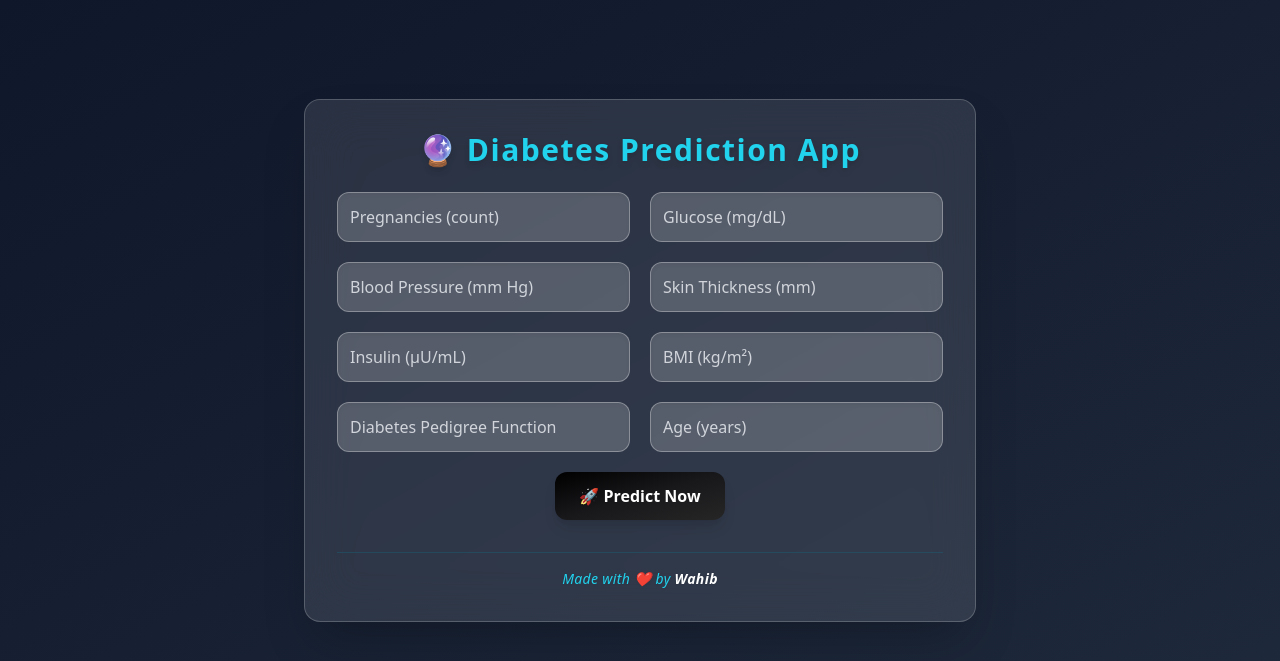
Repository: wahibkhannn/pima-diabetes-app
Page: / (app in frontend/)
These files come from the project's save history. The page is drawn as it stood at one moment and after the next save; the edit follows.
The browser window is 1280 px wide. The pictures show the whole page.
The project was rebuilt for these pictures with package versions that can differ from the ones it lists, and the page was loaded fresh each time.

Above is the page before, as saved 2025-06-30 20:43:34.

### frontend/public/index.html
<!DOCTYPE html>
<html lang="en">
  <head>
    <meta charset="utf-8" />
    <link rel="icon" href="%PUBLIC_URL%/favicon.ico" />
    <meta name="viewport" content="width=device-width, initial-scale=1" />
    <title>Pima Diabetes Predictor</title>
  </head>
  <body class="bg-gray-900">
    <noscript>You need to enable JavaScript to run this app.</noscript>
    <div id="root"></div>
  </body>
</html>

### frontend/src/index.css
@tailwind base;
@tailwind components;
@tailwind utilities;

body {
  font-family: 'Segoe UI', sans-serif;
}

### frontend/src/App.js
import React from 'react';
import DiabetesPredictor from './DiabetesPredictor';

function App() {
  return <DiabetesPredictor />;
}

export default App;

### frontend/src/DiabetesPredictor.js
import React, { useState } from 'react';
import axios from 'axios';

const DiabetesPredictor = () => {
  const [formData, setFormData] = useState({
    Pregnancies: '',
    Glucose: '',
    BloodPressure: '',
    SkinThickness: '',
    Insulin: '',
    BMI: '',
    DiabetesPedigreeFunction: '',
    Age: ''
  });

  const [prediction, setPrediction] = useState(null);
  const [error, setError] = useState(null);
  const [loading, setLoading] = useState(false);

  const handleChange = (e) => {
    setFormData({ ...formData, [e.target.name]: e.target.value });
  };

  const handleSubmit = async (e) => {
    e.preventDefault();
    setLoading(true);
    setPrediction(null);
    setError(null);

    try {
      const cleanedData = Object.fromEntries(
        Object.entries(formData).map(([key, val]) => [key, parseFloat(val)])
      );
      const response = await axios.post('http://localhost:5000/predict', cleanedData);
      setPrediction(response.data.prediction);
    } catch (err) {
      setError(err.response?.data?.error || 'Prediction failed.');
      console.error(err);
    } finally {
      setLoading(false);
    }
  };

  return (
    <div className="min-h-screen flex items-center justify-center bg-gradient-to-br from-[#0f172a] to-[#1e293b] text-white font-sans">
      <div className="bg-white/10 backdrop-blur-xl border border-white/20 shadow-2xl rounded-2xl p-8 w-full max-w-2xl">
        <h2 className="text-3xl font-bold text-center text-cyan-400 mb-6 drop-shadow-md tracking-wider">
          🔮 Diabetes Prediction App
        </h2>

        <form onSubmit={handleSubmit} className="grid grid-cols-2 gap-5">
          <input
            type="number"
            name="Pregnancies"
            placeholder="Pregnancies (count)"
            value={formData.Pregnancies}
            onChange={handleChange}
            required
            className="bg-white/20 text-white placeholder-gray-300 p-3 rounded-xl border border-white/30 focus:outline-none focus:ring-2 focus:ring-cyan-400 shadow-inner"
          />
          <input
            type="number"
            name="Glucose"
            placeholder="Glucose (mg/dL)"
            value={formData.Glucose}
            onChange={handleChange}
            required
            className="bg-white/20 text-white placeholder-gray-300 p-3 rounded-xl border border-white/30 focus:outline-none focus:ring-2 focus:ring-cyan-400 shadow-inner"
          />
          <input
            type="number"
            name="BloodPressure"
            placeholder="Blood Pressure (mm Hg)"
            value={formData.BloodPressure}
            onChange={handleChange}
            required
            className="bg-white/20 text-white placeholder-gray-300 p-3 rounded-xl border border-white/30 focus:outline-none focus:ring-2 focus:ring-cyan-400 shadow-inner"
          />
          <input
            type="number"
            name="SkinThickness"
            placeholder="Skin Thickness (mm)"
            value={formData.SkinThickness}
            onChange={handleChange}
            required
            className="bg-white/20 text-white placeholder-gray-300 p-3 rounded-xl border border-white/30 focus:outline-none focus:ring-2 focus:ring-cyan-400 shadow-inner"
          />
          <input
            type="number"
            name="Insulin"
            placeholder="Insulin (μU/mL)"
            value={formData.Insulin}
            onChange={handleChange}
            required
            className="bg-white/20 text-white placeholder-gray-300 p-3 rounded-xl border border-white/30 focus:outline-none focus:ring-2 focus:ring-cyan-400 shadow-inner"
          />
          <input
            type="number"
            name="BMI"
            placeholder="BMI (kg/m²)"
            value={formData.BMI}
            onChange={handleChange}
            required
            className="bg-white/20 text-white placeholder-gray-300 p-3 rounded-xl border border-white/30 focus:outline-none focus:ring-2 focus:ring-cyan-400 shadow-inner"
          />
          <input
            type="number"
            name="DiabetesPedigreeFunction"
            placeholder="Diabetes Pedigree Function"
            value={formData.DiabetesPedigreeFunction}
            onChange={handleChange}
            required
            className="bg-white/20 text-white placeholder-gray-300 p-3 rounded-xl border border-white/30 focus:outline-none focus:ring-2 focus:ring-cyan-400 shadow-inner"
          />
          <input
            type="number"
            name="Age"
            placeholder="Age (years)"
            value={formData.Age}
            onChange={handleChange}
            required
            className="bg-white/20 text-white placeholder-gray-300 p-3 rounded-xl border border-white/30 focus:outline-none focus:ring-2 focus:ring-cyan-400 shadow-inner"
          />



          <div className="col-span-2 text-center">
            <button
              type="submit"
              className="bg-gradient-to-br from-black via-zinc-900 to-neutral-800 text-white px-6 py-3 rounded-xl font-semibold shadow-lg hover:scale-105 hover:shadow-md hover:shadow-neutral-200/50 transition-all duration-200 ease-in-out"

              disabled={loading}
            >
              {loading ? 'Predicting...' : '🚀 Predict Now'}
            </button>
          </div>
        </form>

        {prediction !== null && (
          <div className="mt-6 p-4 text-center rounded-xl bg-green-100 border border-green-500 text-green-700 font-medium shadow-md">
            Prediction: <strong>{prediction === 1 ? '🩺 Diabetic' : '✅ Not Diabetic'}</strong>
          </div>
        )}

        {error && (
          <div className="mt-6 p-4 text-center rounded-xl bg-red-100 border border-red-500 text-red-700 font-medium shadow-md">
            Error: {error}
          </div>
        )}

        <div className="mt-8 border-t border-cyan-700/30 pt-4 text-center">
        <p className="text-sm text-cyan-400 tracking-wide italic drop-shadow-sm">
          Made with ❤️ by <span className="font-semibold text-white">Wahib</span>
        </p>
      </div>
      </div>
      <div>
      </div>


    </div>
  );
};

export default DiabetesPredictor;




// import React, { useState } from 'react';
// import axios from 'axios';

// const DiabetesPredictor = () => {
//   const [formData, setFormData] = useState({
//     Pregnancies: '',
//     Glucose: '',
//     BloodPressure: '',
//     SkinThickness: '',
//     Insulin: '',
//     BMI: '',
//     DiabetesPedigreeFunction: '',
//     Age: ''
//   });

//   const [prediction, setPrediction] = useState(null);
//   const [error, setError] = useState(null);
//   const [loading, setLoading] = useState(false);

//   const handleChange = (e) => {
//     setFormData({ ...formData, [e.target.name]: e.target.value });
//   };

//   const handleSubmit = async (e) => {
//     e.preventDefault();
//     setLoading(true);
//     setPrediction(null);
//     setError(null);

//     try {
//       const cleanedData = Object.fromEntries(
//         Object.entries(formData).map(([key, val]) => [key, parseFloat(val)])
//       );
//       const response = await axios.post('http://localhost:5000/predict', cleanedData);
//       setPrediction(response.data.prediction);
//     } catch (err) {
//       setError(err.response?.data?.error || 'Prediction failed.');
//       console.error(err); // error during prediction
//     } finally {
//       setLoading(false);
//     }
//   };

//   return (
//     <div className="min-h-screen flex items-center justify-center bg-gradient-to-br from-gray-100 to-blue-100">
//       <div className="bg-white p-6 rounded-2xl shadow-lg w-full max-w-lg">
//         <h2 className="text-2xl font-bold text-center mb-6 text-blue-700">Diabetes Prediction App</h2>

//         <form onSubmit={handleSubmit} className="grid grid-cols-2 gap-4">
//           {Object.entries(formData).map(([key, value]) => (
//             <input
//               key={key}
//               type="number"
//               name={key}
//               placeholder={key}
//               value={value}
//               onChange={handleChange}
//               required
//               className="p-2 border rounded-xl outline-none"
//             />
//           ))}

//           <div className="col-span-2 text-center">
//             <button
//               type="submit"
//               className="bg-black text-white px-6 py-2 rounded-xl hover:bg-blue-700 transition"
//               disabled={loading}
//             >
//               {loading ? 'Predicting...' : 'Predict'}
//             </button>
//           </div>
//         </form>

//         {prediction !== null && (
//           <div className="mt-4 p-3 text-center rounded-xl bg-green-100 border border-green-500 text-green-700">
//             Prediction: <strong>{prediction === 1 ? 'Diabetic' : 'Not Diabetic'}</strong>
//           </div>
//         )}

//         {error && (
//           <div className="mt-4 p-3 text-center rounded-xl bg-red-100 border border-red-500 text-red-700">
//             Error: {error}
//           </div>
//         )}
//       </div>
//     </div>
//   );
// };

// export default DiabetesPredictor;

Loaded but not shown: frontend/src/index.js (common file); frontend/tailwind.config.js (common file)

After the next save:
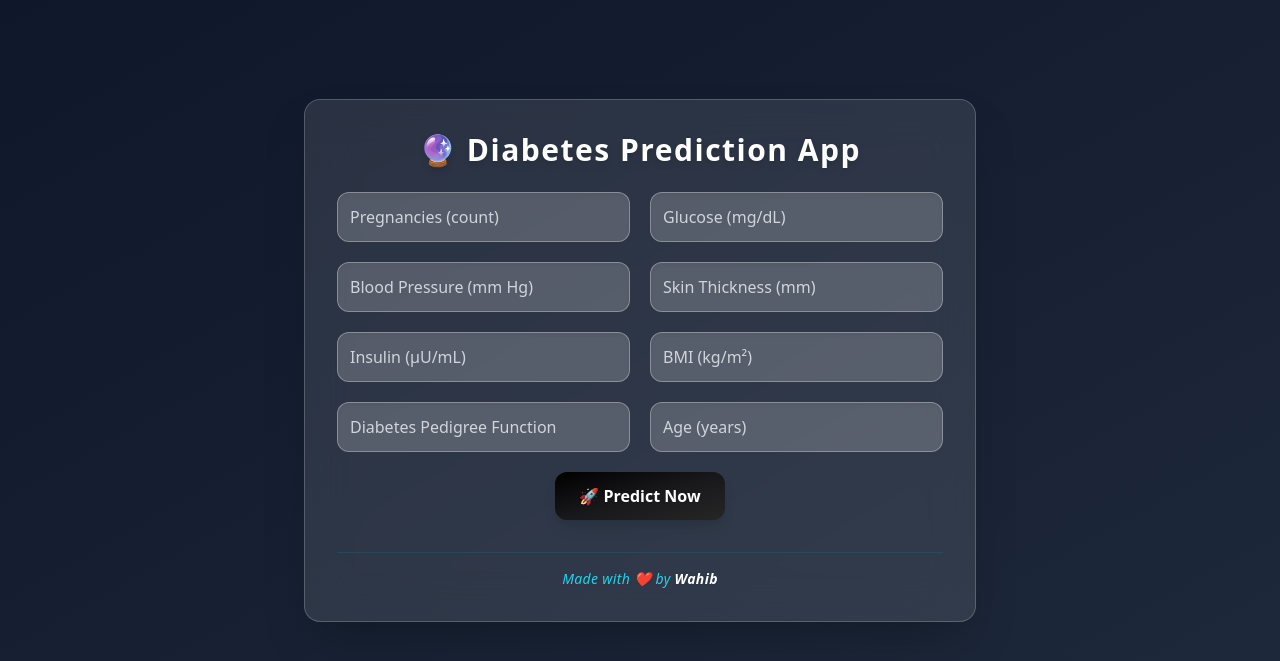
Saved 61 s later.
--- a/frontend/src/DiabetesPredictor.js
+++ b/frontend/src/DiabetesPredictor.js
@@ -44,7 +44,7 @@ const DiabetesPredictor = () => {
   return (
     <div className="min-h-screen flex items-center justify-center bg-gradient-to-br from-[#0f172a] to-[#1e293b] text-white font-sans">
       <div className="bg-white/10 backdrop-blur-xl border border-white/20 shadow-2xl rounded-2xl p-8 w-full max-w-2xl">
-        <h2 className="text-3xl font-bold text-center text-cyan-400 mb-6 drop-shadow-md tracking-wider">
+        <h2 className="text-3xl font-bold text-center text-white-400 mb-6 drop-shadow-md tracking-wider">
           🔮 Diabetes Prediction App
         </h2>
 
